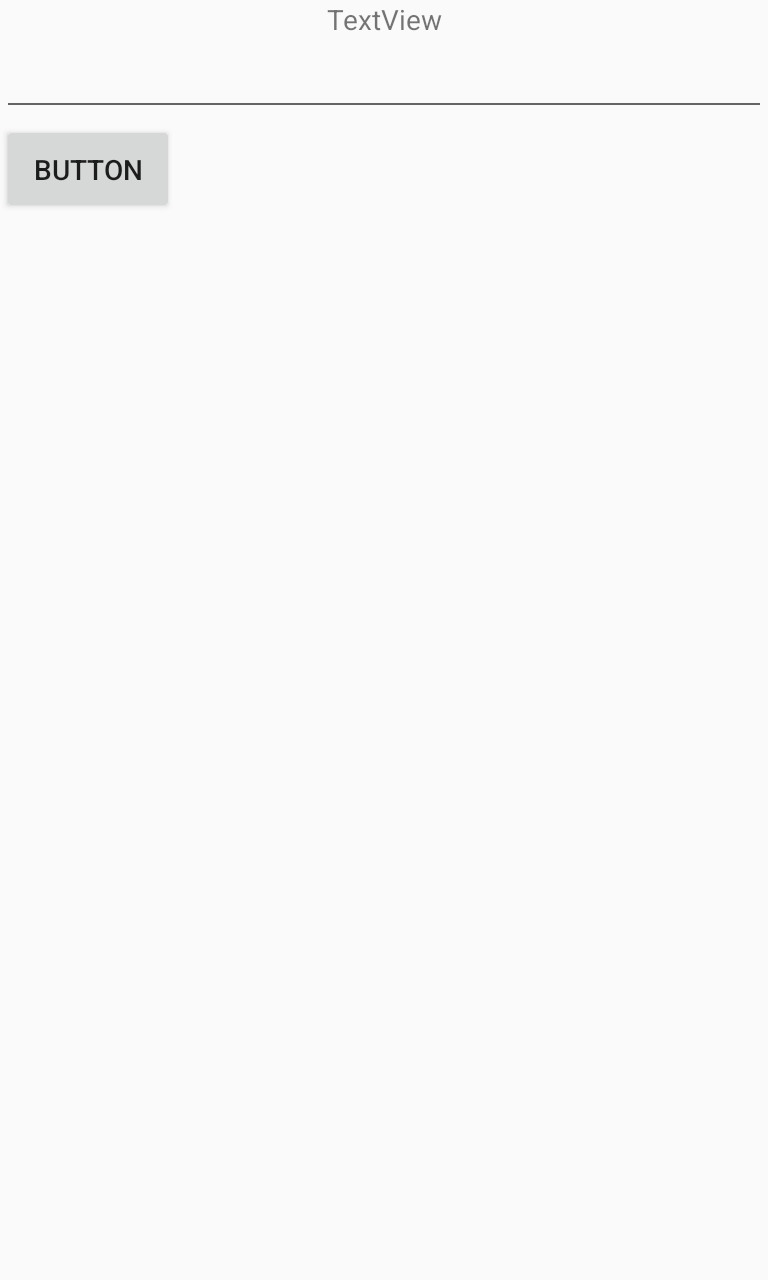
Repository: harsha20011992/Android-Projects
Layout: NotePadLatest/res/layout/fragmentnotes.xml
The author's editor kept a copy of each file at every save. The layout is drawn from the files as they stood at one save, then again after the next save.
It is drawn on a 768 x 1280 px phone screen (xhdpi) without system bars, with theme AppTheme; the app's code is not run.

Above is the layout before, as saved 2014-10-13 19:36:46.

### NotePadLatest/res/layout/fragmentnotes.xml
<?xml version="1.0" encoding="utf-8"?>
<LinearLayout xmlns:android="http://schemas.android.com/apk/res/android"
    android:layout_width="match_parent"
    android:layout_height="match_parent"
    android:orientation="vertical" >

    <TextView
        android:id="@+id/notepadtitle"
        android:layout_width="match_parent"
        android:layout_height="wrap_content"
        android:text="TextView"
        android:gravity="center" />

    <EditText
        android:id="@+id/notepadtext"
        android:layout_width="match_parent"
        android:layout_height="wrap_content"
        android:ems="10" >


    </EditText>

    <Button
        android:id="@+id/notepadsave"
        android:layout_width="wrap_content"
        android:layout_height="wrap_content"
        android:text="Button" />

</LinearLayout>

Loaded but not shown: NotePadLatest/res/values/styles.xml (common file); NotePadLatest/res/values-v11/styles.xml (common file); NotePadLatest/res/values-v14/styles.xml (common file)

After the next save:
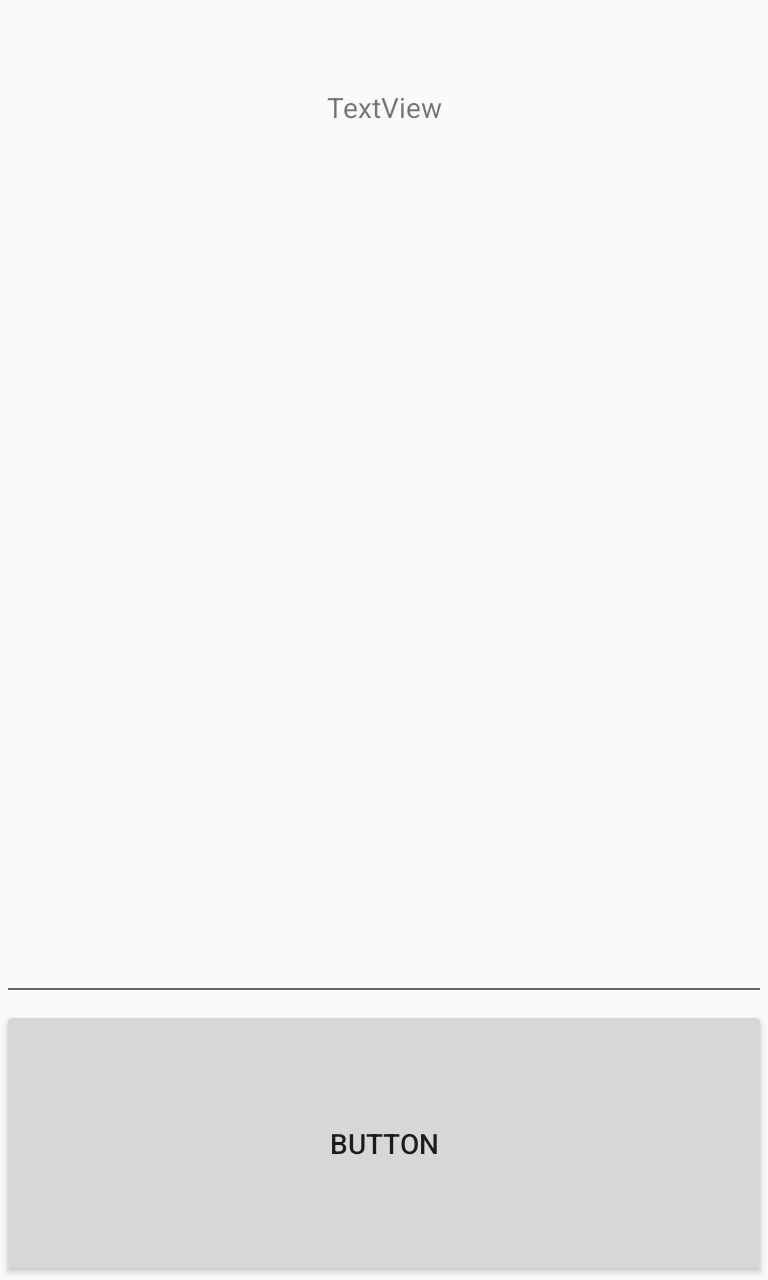
Saved 101 s later.
--- a/NotePadLatest/res/layout/fragmentnotes.xml
+++ b/NotePadLatest/res/layout/fragmentnotes.xml
@@ -9,21 +9,24 @@
         android:layout_width="match_parent"
         android:layout_height="wrap_content"
         android:text="TextView"
+        android:layout_weight="2"
         android:gravity="center" />
 
     <EditText
         android:id="@+id/notepadtext"
         android:layout_width="match_parent"
         android:layout_height="wrap_content"
-        android:ems="10" >
+        android:layout_weight="8">
 
 
     </EditText>
 
     <Button
         android:id="@+id/notepadsave"
-        android:layout_width="wrap_content"
+        android:layout_width="match_parent"
         android:layout_height="wrap_content"
-        android:text="Button" />
+        android:text="Button"
+        android:gravity="center"
+        android:layout_weight="2" />
 
 </LinearLayout>
